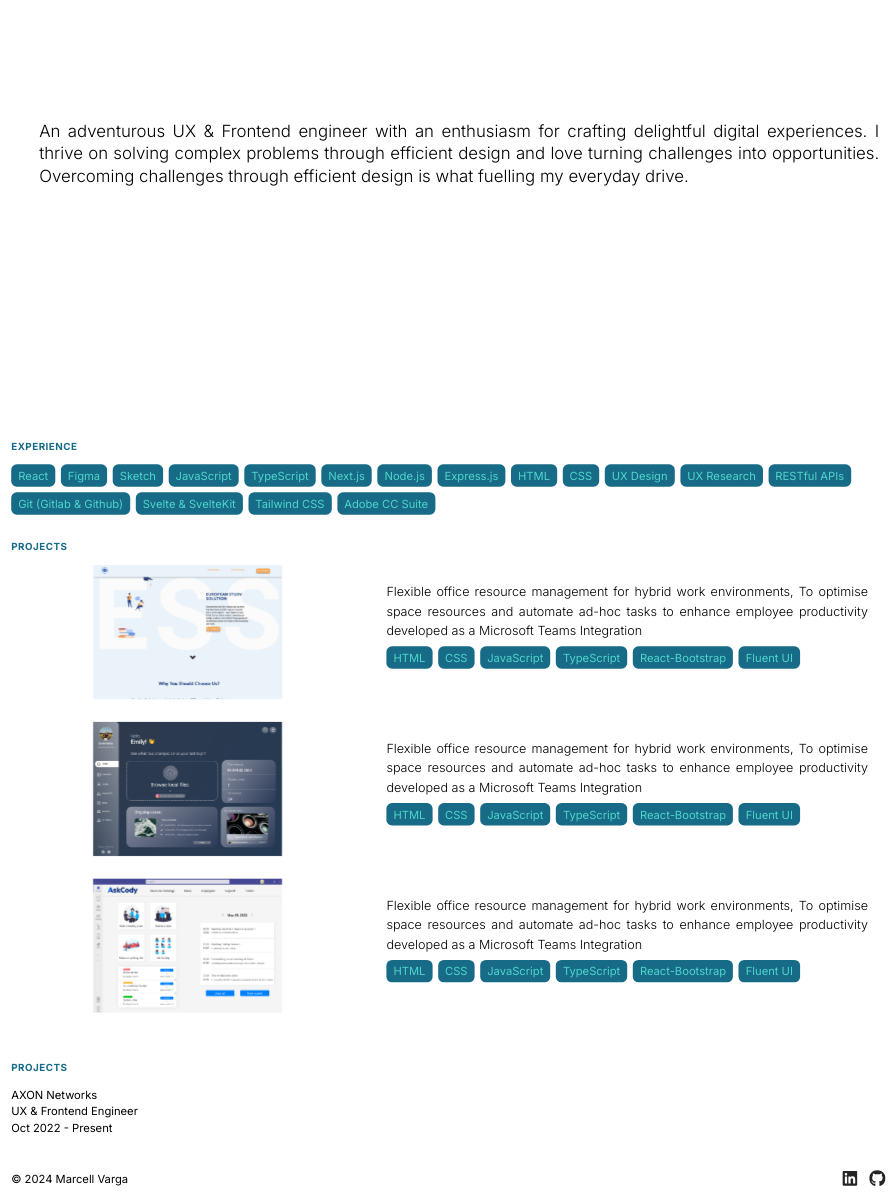
Repository: TheMarcellVarga/personal-portfolio-v.2
Page: /
These files come from the project's save history. The page is drawn as it stood at one moment and after the next save; the edit follows.
The browser window is 1280 px wide. The pictures show the part of the page from y = 945 to 2865 px (the page is 2657 px tall before and 2865 px after), at 70% of full size.
The project was rebuilt for these pictures with package versions that can differ from the ones it lists, and the page was loaded fresh each time. The framework's server and built-in components were replaced by stand-ins that run in the browser. Also part of the build but not shown: next.config.mjs.

Above is the page before, as saved 2024-04-25 23:23:59.

### app/layout.tsx
import type { Metadata } from "next";
import { Inter } from "next/font/google";
import "./globals.css";

const inter = Inter({ subsets: ["latin"] });

export const metadata: Metadata = {
  title: {
    template: "%s | Marcell Varga",
    default: "Marcell Varga",
  },
  description: "Marcell Varga Portfolio | UX & Frontend Engineer",
};
export default function RootLayout({
  children,
}: Readonly<{
  children: React.ReactNode;
}>) {
  return (
    <html lang="en">
      <body className={inter.className}>{children}</body>
    </html>
  );
}

### app/page.tsx
"use client";

import { useState } from "react";
import Link from "next/link";
import Image from "next/image";
import IndexSigAnimated from "../public/icons/indexSigAnimated";

// Header component
const Header = () => {
  const [isOpen, setIsOpen] = useState(false);

  return (
    <header className="flex justify-between items-center w-full">
      <div className="flex items-center">
        {/* Icon */}
        <Link href="/">
          <IndexSigAnimated />
        </Link>
      </div>
      <nav className="flex items-center">
        {/* Hamburger Menu */}
        <div
          className={`md:hidden z-2 ${isOpen ? "open" : ""}`}
          onClick={() => setIsOpen(!isOpen)}
        >
          <div className="w-6 h-0.5 bg-gray-800 mb-1"></div>
          <div className="w-6 h-0.5 bg-gray-800 mb-1"></div>
          <div className="w-6 h-0.5 bg-gray-800"></div>
        </div>
        {/* Navigation Links */}
        <div className={`nav-overlay ${isOpen ? "open" : ""}`}>
          <div className={`${isOpen ? "block" : "hidden"} md:flex space-x-4`}>
            <Link href="/about">
              <div
                className="text-sm font-medium"
                style={{ color: isOpen ? "#eeeeee" : "inherit" }}
              >
                About
              </div>
            </Link>
            <Link href="/work">
              <div
                className="text-sm font-medium"
                style={{ color: isOpen ? "#eeeeee" : "inherit" }}
              >
                Work
              </div>
            </Link>
            <Link href="/contact">
              <div
                className="text-sm font-medium"
                style={{ color: isOpen ? "#eeeeee" : "inherit" }}
              >
                Contact
              </div>
            </Link>
          </div>
        </div>
        <div className={`${isOpen ? "hidden" : "block"}`}>
          <div className={`${isOpen ? "block" : "hidden"} md:flex space-x-4`}>
            <Link href="/about">
              <div
                className="text-sm font-medium"
                style={{ color: isOpen ? "#eeeeee" : "inherit" }}
              >
                About
              </div>
            </Link>
            <Link href="/work">
              <div
                className="text-sm font-medium"
                style={{ color: isOpen ? "#eeeeee" : "inherit" }}
              >
                Work
              </div>
            </Link>
            <Link href="/contact">
              <div
                className="text-sm font-medium"
                style={{ color: isOpen ? "#eeeeee" : "inherit" }}
              >
                Contact
              </div>
            </Link>
          </div>
        </div>
      </nav>
    </header>
  );
};

// Footer component
const Footer = () => {
  return (
    <div className="flex w-full flex-row justify-between items-center">
      <div className="flex w-full">© 2024 Marcell Varga</div>
      <div className="flex space-x-4">
        <Image
          src="/icons/linkedin.svg"
          alt="Linkedin Icon"
          width={24}
          height={24}
        />
        <Image
          src="/icons/github.svg"
          alt="GitHub Icon"
          width={24}
          height={24}
        />
      </div>
    </div>
  );
};

const projects = [
  {
    title:
      "Flexible office resource management for hybrid work environments, To optimise space resources and automate ad-hoc tasks to enhance employee productivity developed as a Microsoft Teams Integration",
    description: "",
    skills: [
      "HTML",
      "CSS",
      "JavaScript",
      "TypeScript",
      "React-Bootstrap",
      "Fluent UI",
    ],
    link: "/ess", // Example link to the project details page
    image: "/images/ess-index.png", // Add the path to the image
  },
  {
    title:
      "Flexible office resource management for hybrid work environments, To optimise space resources and automate ad-hoc tasks to enhance employee productivity developed as a Microsoft Teams Integration",
    description: "",
    skills: [
      "HTML",
      "CSS",
      "JavaScript",
      "TypeScript",
      "React-Bootstrap",
      "Fluent UI",
    ],
    link: "/catchscan", // Example link to the project details page
    image: "/images/catchscan-index.png", // Add the path to the image
  },
  {
    title:
      "Flexible office resource management for hybrid work environments, To optimise space resources and automate ad-hoc tasks to enhance employee productivity developed as a Microsoft Teams Integration",
    description: "",
    skills: [
      "HTML",
      "CSS",
      "JavaScript",
      "TypeScript",
      "React-Bootstrap",
      "Fluent UI",
    ],
    link: "/askcody", // Example link to the project details page
    image: "/images/askcody-index.png", // Add the path to the image
  },
  // Add more projects here
];

const history = [
  {
    company: "AXON Networks",
    jobTitle: "UX & Frontend Engineer",
    time: {
      start: "Oct 2022",
      end: "",
    },
    description: [
      "Contributed to AXON Orchestrator development, focusing on UX/UI design and frontend development within cross-functional teams.",
      "Created interactive prototypes and established design system for in-house development.",
      "Collaborated with Analytics team to integrate AI/ML solutions into products, enhancing product functionality.",
      "Participated in the full product development cycle from UX/UI design, through Frontend Development to successful deployments.",
    ],
    skills: [
      "HTML",
      "CSS",
      "JavaScript",
      "TypeScript",
      "React-Bootstrap",
      "Fluent UI",
    ],
  },
  // Add more projects here
];

export default function Page() {
  return (
    <div className="m-4">
      <Header />
      <main className="flex flex-col items-center justify-between h-screen m-4 gap-1 w-full">
        <div className="flex-grow pb-12 w-full flex flex-col items-center justify-center gap-">
          <div className="flex flex-row w-full text-7xl font-medium items-center justify-start">
            Hey, I'm&nbsp;
            <span className="text-custom-blue font-bold">Marcell Varga</span>
          </div>
          <div className="flex w-full text-4xl font-light items-center justify-start my-2">
            UX & Frontend engineer
          </div>
        </div>
        <div className="pb-32 flex flex-col items-center justify-start">
          <Image
            className="animate-moveDown"
            src="/icons/mouseScroll.svg"
            alt="Scroll your mouse down Icon"
            width={30}
            height={30}
          />
        </div>
      </main>
      {/* Drive Section */}
      <section className="flex flex-col items-center justify-between h-screen m-4 gap-1 w-full">
        <div className="flex w-full h-screen text-5xl font-medium items-center justify-start">
          <h2 className="text-2xl font-light text-justify m-6">
            An adventurous UX & Frontend engineer with an enthusiasm for
            crafting delightful digital experiences. I thrive on solving complex
            problems through efficient design and love turning challenges into
            opportunities. Overcoming challenges through efficient design is
            what fuelling my everyday drive.
          </h2>
        </div>
      </section>
      <section className="flex flex-col items-center justify-between my-4 gap-1 w-full">
        {/* New Experience Section */}
        <article className="mt-8 w-full">
          <h2 className="text-custom-blue text-sm font-bold mb-4 tracking-wider uppercase">
            Experience
          </h2>
          <div className="flex flex-wrap gap-2">
            {[
              "React",
              "Figma",
              "Sketch",
              "JavaScript",
              "TypeScript",
              "Next.js",
              "Node.js",
              "Express.js",
              "HTML",
              "CSS",
              "UX Design",
              "UX Research",
              "RESTful APIs",
              "Git (Gitlab & Github)",
              "Svelte & SvelteKit",
              "Tailwind CSS",
              "Adobe CC Suite",
            ].map((skill) => (
              <div
                key={skill}
                className="bg-custom-blue text-custom-teal px-2.5 py-1 rounded-lg"
              >
                {skill}
              </div>
            ))}
          </div>
        </article>
        <article className="my-8 w-full">
          <h2 className="text-custom-blue text-sm font-bold mb-4 tracking-wider uppercase">
            Projects
          </h2>
          <div className="flex flex-col gap-8">
            {projects.map((project) => (
              <div key={project.title} className="flex gap-2">
                <div className="w-full h-full relative rounded-lg overflow-hidden y-5">
                  <Link href={project.link} className="block h-48">
                    <Image
                      src={project.image} // Use the image path from the project object
                      alt={project.title} // Use the project title as the alt text
                      layout="fill" // Make the image fill its container
                      objectFit="contain" // Adjust the image's aspect ratio to cover the container
                    />
                  </Link>
                </div>
                <div className="flex flex-col m-6 gap-2">
                  <div className="text-lg font-light text-justify">
                    <div>{project.title}</div>
                    <div>{project.description}</div>
                  </div>
                  <div className="flex flex-wrap gap-2">
                    {project.skills.map((skill) => (
                      <div
                        key={skill}
                        className="bg-custom-blue text-custom-teal px-2.5 py-1 rounded-lg"
                      >
                        {skill}
                      </div>
                    ))}
                  </div>
                </div>
              </div>
            ))}
          </div>
        </article>
        <article className="my-8 w-full">
          <h2 className="text-custom-blue text-sm font-bold mb-4 tracking-wider uppercase">
            Projects
          </h2>
          <div className="flex flex-col gap-8">
            {history.map((item, index) => (
              <div key={index}>
                <h3>{item.company}</h3>
                <p>{item.jobTitle}</p>
                <p>
                  {item.time.start} -{" "}
                  {item.time.end ? item.time.end : "Present"}
                </p>
                {/* Render other properties as needed */}
              </div>
            ))}
          </div>
        </article>
      </section>
      <Footer />
    </div>
  );
}

### app/globals.css
@tailwind base;
@tailwind components;
@tailwind utilities;

/* :root {
  --foreground-rgb: 0, 0, 0;
  --background-start-rgb: 214, 219, 220;
  --background-end-rgb: 255, 255, 255;
}

@media (prefers-color-scheme: dark) {
  :root {
    --foreground-rgb: 255, 255, 255;
    --background-start-rgb: 0, 0, 0;
    --background-end-rgb: 0, 0, 0;
  }
}

body {
  color: rgb(var(--foreground-rgb));
  background: linear-gradient(
      to bottom,
      transparent,
      rgb(var(--background-end-rgb))
    )
    rgb(var(--background-start-rgb));
}

@layer utilities {
  .text-balance {
    text-wrap: balance;
  }
} */

@-webkit-keyframes animate-svg-stroke-1 {
  0% {
    stroke-dashoffset: 210.06117248535156px;
    stroke-dasharray: 210.06117248535156px;
  }

  100% {
    stroke-dashoffset: 420.1223449707031px;
    stroke-dasharray: 210.06117248535156px;
  }
}

@keyframes animate-svg-stroke-1 {
  0% {
    stroke-dashoffset: 210.06117248535156px;
    stroke-dasharray: 210.06117248535156px;
  }

  100% {
    stroke-dashoffset: 420.1223449707031px;
    stroke-dasharray: 210.06117248535156px;
  }
}

.svg-elem-1 {
  -webkit-animation: animate-svg-stroke-1 1s ease-in-out 1s both;
  animation: animate-svg-stroke-1 1s ease-in-out 1s both;
}

@-webkit-keyframes animate-svg-stroke-2 {
  0% {
    stroke-dashoffset: 798.271240234375px;
    stroke-dasharray: 798.271240234375px;
  }

  100% {
    stroke-dashoffset: 1596.54248046875px;
    stroke-dasharray: 798.271240234375px;
  }
}

@keyframes animate-svg-stroke-2 {
  0% {
    stroke-dashoffset: 798.271240234375px;
    stroke-dasharray: 798.271240234375px;
  }

  100% {
    stroke-dashoffset: 1596.54248046875px;
    stroke-dasharray: 798.271240234375px;
  }
}

.svg-elem-2 {
  -webkit-animation: animate-svg-stroke-2 1s ease-in-out 1.12s both;
  animation: animate-svg-stroke-2 1s ease-in-out 1.12s both;
}

@-webkit-keyframes animate-svg-stroke-3 {
  0% {
    stroke-dashoffset: 2px;
    stroke-dasharray: 2px;
  }

  100% {
    stroke-dashoffset: 4px;
    stroke-dasharray: 2px;
  }
}

@keyframes animate-svg-stroke-3 {
  0% {
    stroke-dashoffset: 2px;
    stroke-dasharray: 2px;
  }

  100% {
    stroke-dashoffset: 4px;
    stroke-dasharray: 2px;
  }
}

.svg-elem-3 {
  -webkit-animation: animate-svg-stroke-3 1s ease-in-out 1.24s both;
  animation: animate-svg-stroke-3 1s ease-in-out 1.24s both;
}

/* CSS for the overlay */
.nav-overlay {
  position: fixed;
  top: 0;
  right: 0;
  width: 80%; /* Adjust the width as needed */
  height: 100%;
  background-color: rgba(23, 107, 135, 1); /* Semi-transparent background */
  transform: translateX(100%); /* Hidden off-screen to the right */
  transition: transform 0.3s ease-out; /* Smooth transition */
  display: flex;
  flex-direction: column;
  justify-content: center;
  align-items: center;
  padding: 2rem;
  z-index: 2; /* Ensure it's above other content */
}

.nav-overlay.open {
  transform: translateX(0); /* Slide in from the right */
}

/* Hamburger menu with increased z-index when open */
.md\:hidden {
  cursor: pointer;
  z-index: 2; /* Default z-index */
}

.md\:hidden.open {
  z-index: 5; /* Increased z-index when open */
}

/* Hamburger menu lines */
.md\:hidden > div {
  transition: all 0.3s ease;
}

/* Top line of the hamburger menu */
.md\:hidden > div:nth-child(1) {
  transform-origin: center;
}

/* Middle line of the hamburger menu */
.md\:hidden > div:nth-child(2) {
  transform-origin: center;
}

/* Bottom line of the hamburger menu */
.md\:hidden > div:nth-child(3) {
  transform-origin: center;
}

/* Animation for the hamburger menu to become a cross */
.md\:hidden.open > div:nth-child(1) {
  transform: rotate(45deg);
}

.md\:hidden.open > div:nth-child(2) {
  opacity: 0;
}

.md\:hidden.open > div:nth-child(3) {
  transform: rotate(-45deg);
}

/* Hamburger menu with increased z-index when open */
.md\:hidden {
  cursor: pointer;
  z-index: 2; /* Default z-index */
}

.md\:hidden.open {
  z-index: 5; /* Increased z-index when open */
}

/* CSS for the close button */
.close-btn {
  position: absolute;
  top: 1rem;
  right: 1rem;
  background: none;
  border: none;
  font-size: 1.5rem;
  color: #fff;
  cursor: pointer;
}

@keyframes moveDown {
  0% {
    transform: translateY(0);
  }
  100% {
    transform: translateY(10px); /* Adjust the value as needed */
  }
}

.animate-moveDown {
  animation: moveDown 2s infinite alternate ease-in-out; /* Adjust the duration as needed */
}

### public/icons/indexSigAnimated.tsx
import React from 'react';

const IndexSigIcon: React.FC = () => {
 return (
    <svg className="svg-elem-1" width="85" height="37" viewBox="0 0 85 37" fill="none" xmlns="http://www.w3.org/2000/svg">
      <g clipPath="url(#clip0_18_152)">
        <path d="M0.396973 36.3291C0.396973 36.3291 1.80464 21.811 13.6633 7.89246" stroke="#053B50" strokeLinecap="round" strokeLinejoin="round"/>
        <path d="M84.6029 0.378418C83.4907 1.72562 28.5188 31.0478 28.5188 31.0478C34.2765 18.2493 39.5275 5.38881 37.4414 4.87415C37.3274 4.8523 37.2096 4.85749 37.0982 4.88928C31.574 6.017 19.8186 16.4677 17.715 17.2805C17.665 17.3015 17.6107 17.3113 17.5561 17.3093C16.4821 17.2881 15.8514 13.5856 15.4907 9.68776" stroke="#053B50" strokeLinecap="round" strokeLinejoin="round"/>
      </g>
      <defs>
        <clipPath id="clip0_18_152">
          <rect width="85" height="36.7076" fill="white"/>
        </clipPath>
      </defs>
    </svg>
 );
};

export default IndexSigIcon;

### tailwind.config.ts
import type { Config } from "tailwindcss";

const config: Config = {
  content: [
    "./pages/**/*.{js,ts,jsx,tsx,mdx}",
    "./components/**/*.{js,ts,jsx,tsx,mdx}",
    "./app/**/*.{js,ts,jsx,tsx,mdx}",
  ],
  theme: {
    extend: {
      backgroundImage: {
        "gradient-radial": "radial-gradient(var(--tw-gradient-stops))",
        "gradient-conic":
          "conic-gradient(from 180deg at 50% 50%, var(--tw-gradient-stops))",
      },
      colors: {
        "custom-blue": "#176B87",
        "custom-teal": "#4FD5CC",
      },
    },
  },
  plugins: [],
};

export default config;

After the next save:
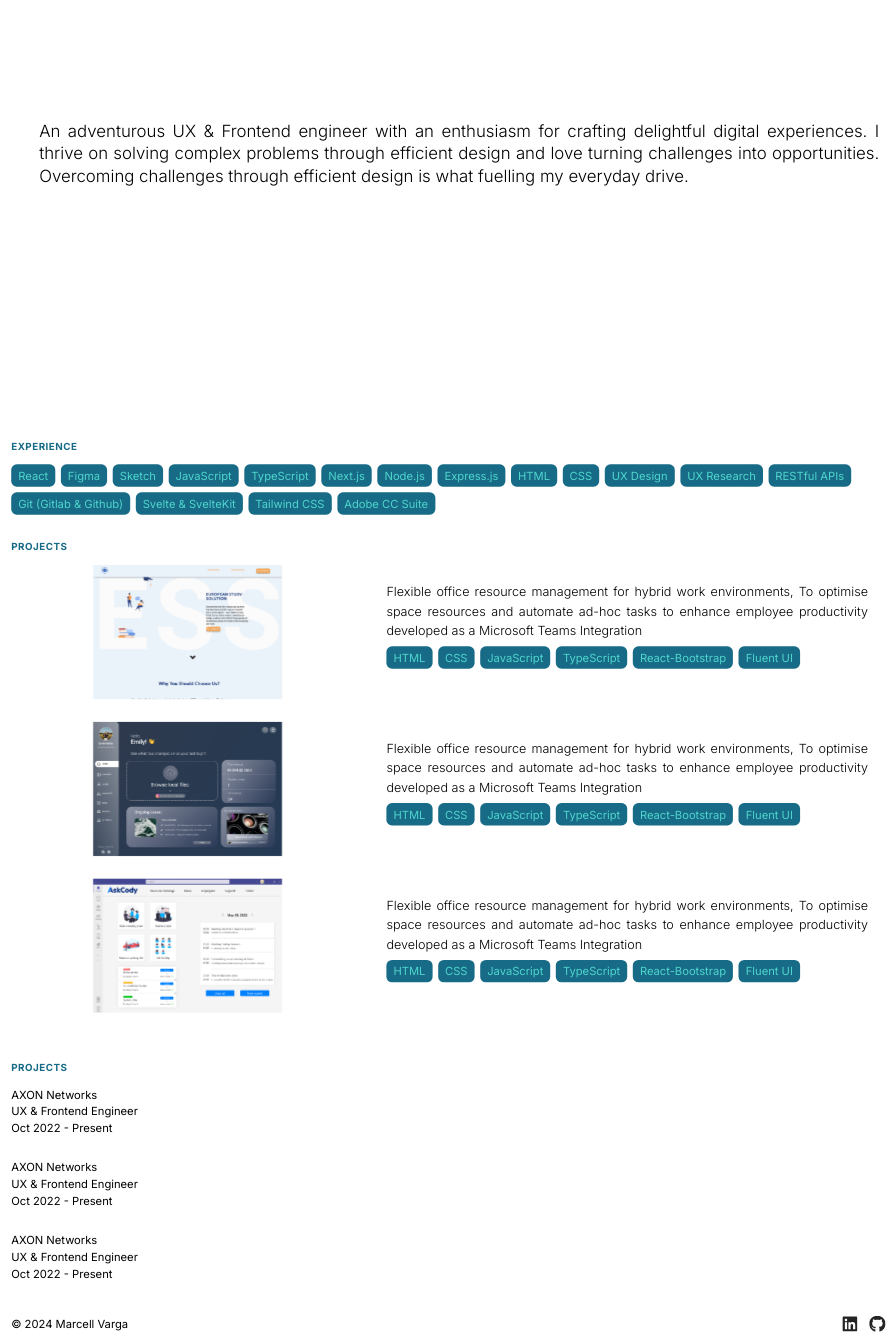
Saved 21 s later.
--- a/app/page.tsx
+++ b/app/page.tsx
@@ -162,6 +162,50 @@ const projects = [
 ];
 
 const history = [
+  {
+    company: "AXON Networks",
+    jobTitle: "UX & Frontend Engineer",
+    time: {
+      start: "Oct 2022",
+      end: "",
+    },
+    description: [
+      "Contributed to AXON Orchestrator development, focusing on UX/UI design and frontend development within cross-functional teams.",
+      "Created interactive prototypes and established design system for in-house development.",
+      "Collaborated with Analytics team to integrate AI/ML solutions into products, enhancing product functionality.",
+      "Participated in the full product development cycle from UX/UI design, through Frontend Development to successful deployments.",
+    ],
+    skills: [
+      "HTML",
+      "CSS",
+      "JavaScript",
+      "TypeScript",
+      "React-Bootstrap",
+      "Fluent UI",
+    ],
+  },
+  {
+    company: "AXON Networks",
+    jobTitle: "UX & Frontend Engineer",
+    time: {
+      start: "Oct 2022",
+      end: "",
+    },
+    description: [
+      "Contributed to AXON Orchestrator development, focusing on UX/UI design and frontend development within cross-functional teams.",
+      "Created interactive prototypes and established design system for in-house development.",
+      "Collaborated with Analytics team to integrate AI/ML solutions into products, enhancing product functionality.",
+      "Participated in the full product development cycle from UX/UI design, through Frontend Development to successful deployments.",
+    ],
+    skills: [
+      "HTML",
+      "CSS",
+      "JavaScript",
+      "TypeScript",
+      "React-Bootstrap",
+      "Fluent UI",
+    ],
+  },
   {
     company: "AXON Networks",
     jobTitle: "UX & Frontend Engineer",
